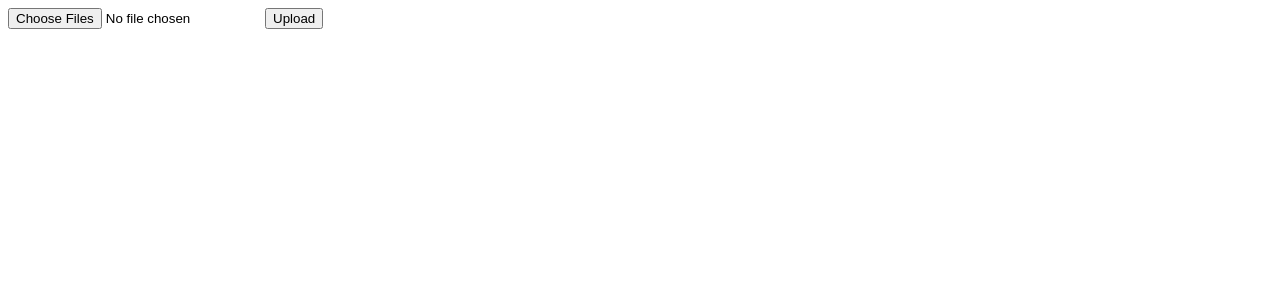
Repository: Sakshi-Oslo/Sakshi-Oslo.github.io
Page: http://localhost/
An editor plug-in stored every save of this project. The page is shown before and after the next save, followed by the edit.
The browser window is 1280 px wide. The pictures show the whole page.
The page is served by the project's application, run on Flask 3 (main.py).

Above is the page before, as saved 2023-03-17 09:19:39.

After the next save:
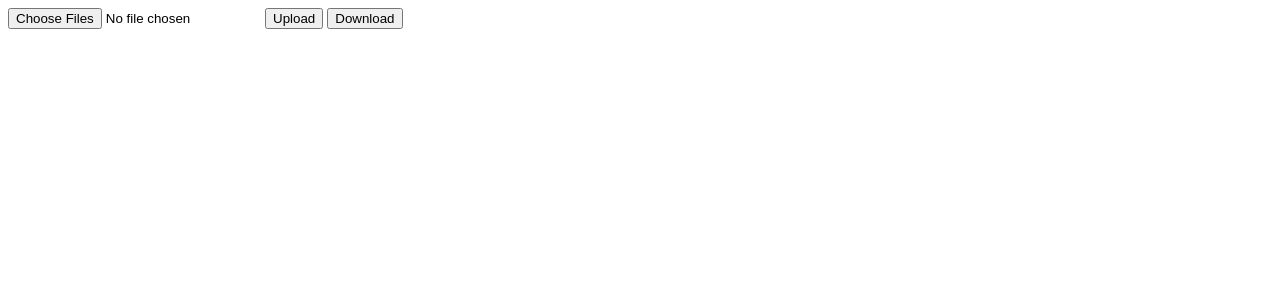
Saved 4 min 15 s later.
--- a/templates/index.html
+++ b/templates/index.html
@@ -6,6 +6,7 @@
 	<form action = "/upload" method="POST" enctype="multipart/form-data">
 		<input type="file" name="file" multiple />
 		<input type = "submit" value="Upload">
+		<input type="submit" value="Download">
 	</form>
 </body>
 </html>
